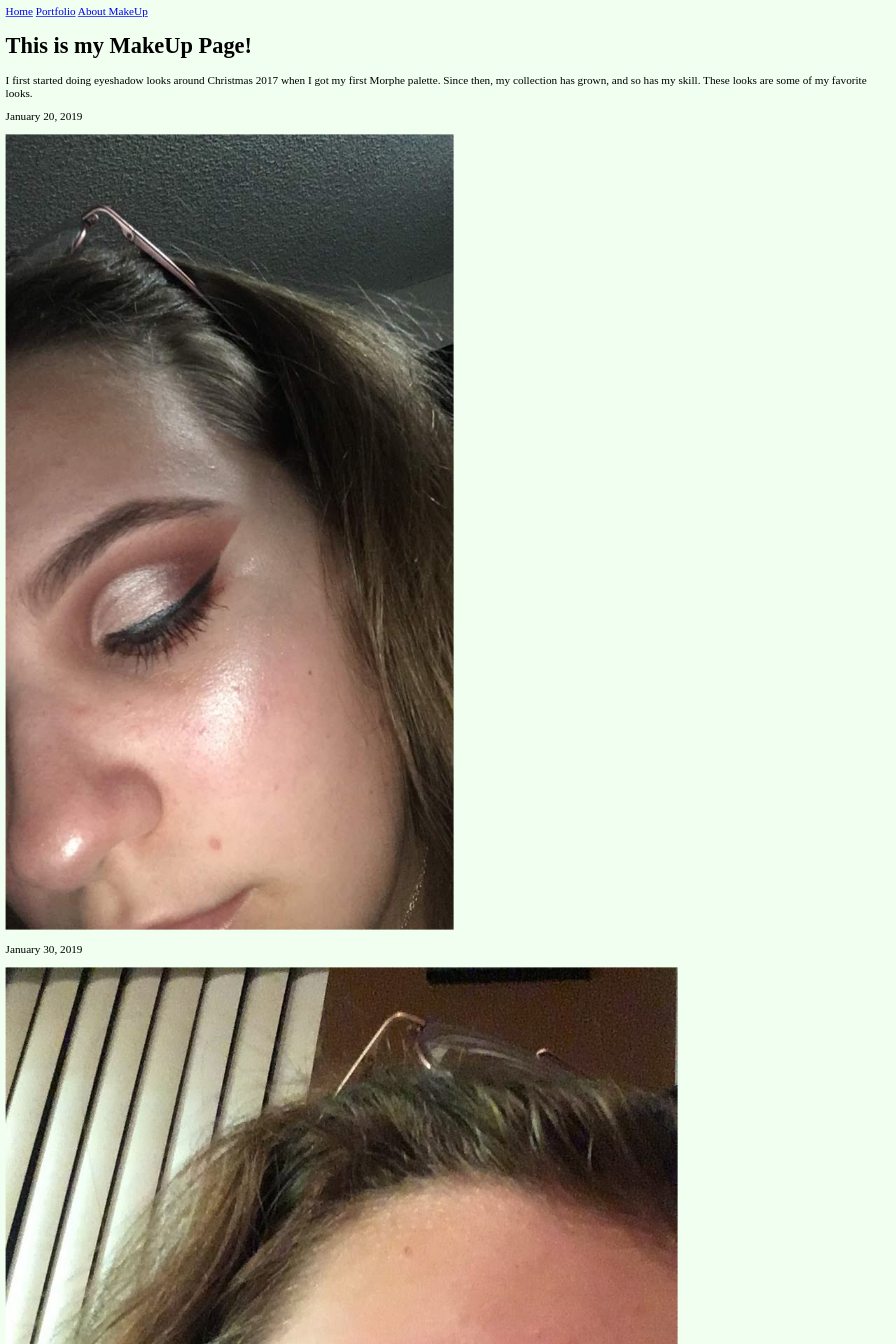
Repository: EMcmurray1862/emcmurray1862.github.io
Page: my_website/makeup.html
The author's editor kept a record of every edit. The page is drawn from the files as they stood at one moment, then again after the next edit.
The browser window is 1280 px wide. The pictures show the part of the page from y = 0 to 1920 px (the page is 10746 px tall before and 9860 px after), at 70% of full size.

Above is the page before.

After the next edit:
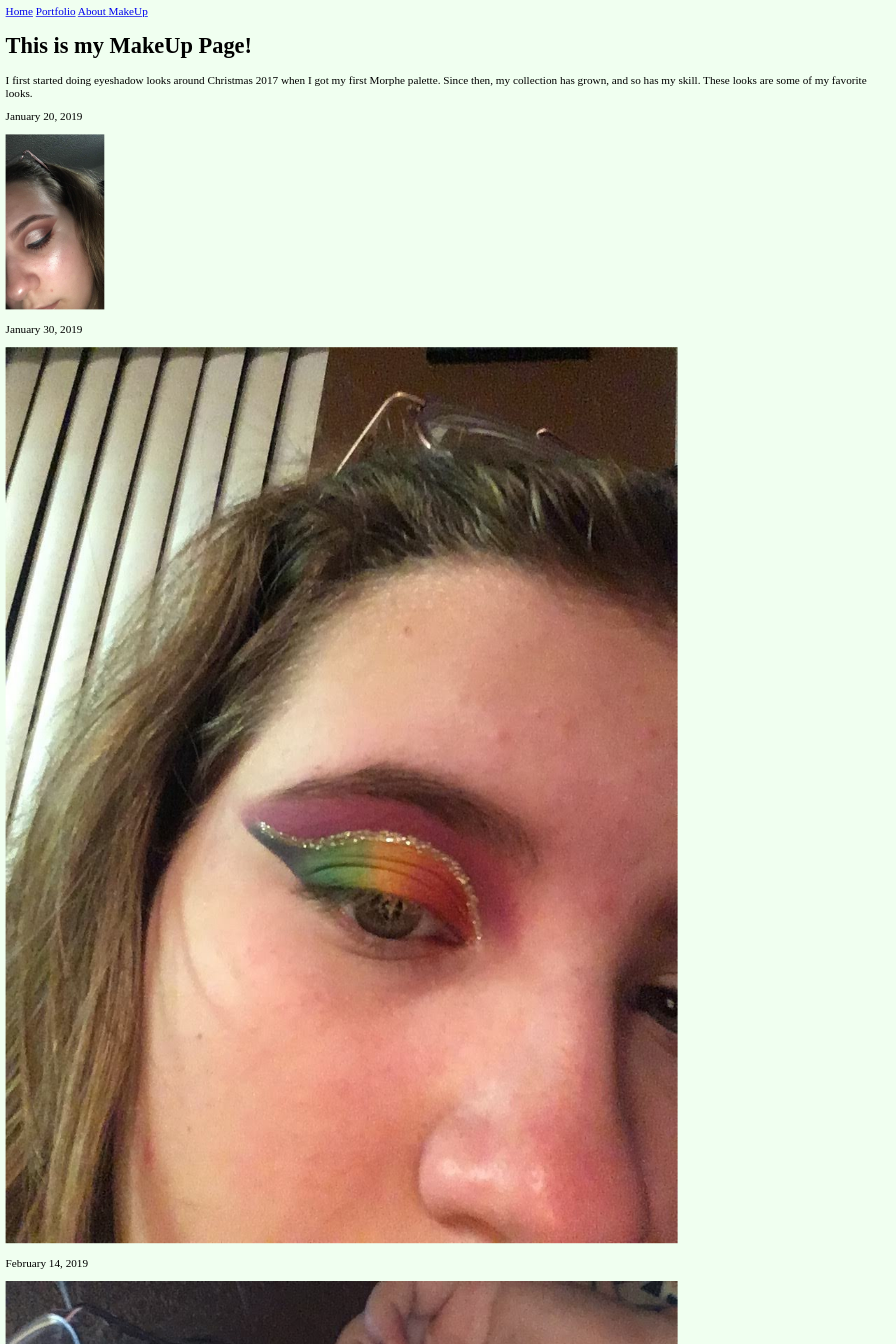
The edit:
--- a/my_website/makeup.html
+++ b/my_website/makeup.html
@@ -12,7 +12,7 @@
     <h1>This is my MakeUp Page!</h1>
       <p>I first started doing eyeshadow looks around Christmas 2017 when I got my first Morphe palette. Since then, my collection has grown, and so has my skill. These looks are some of my favorite looks.</p></p>
       <p>January 20, 2019</p>
-    <img src="images/brown_cutcrease.jpg">
+    <img src="images/brown_cutcrease.jpg" height="250">
       <p>January 30, 2019</p>
     <img src="images/rainbow_cutcrease.jpg">
     <p>February 14, 2019</p>
